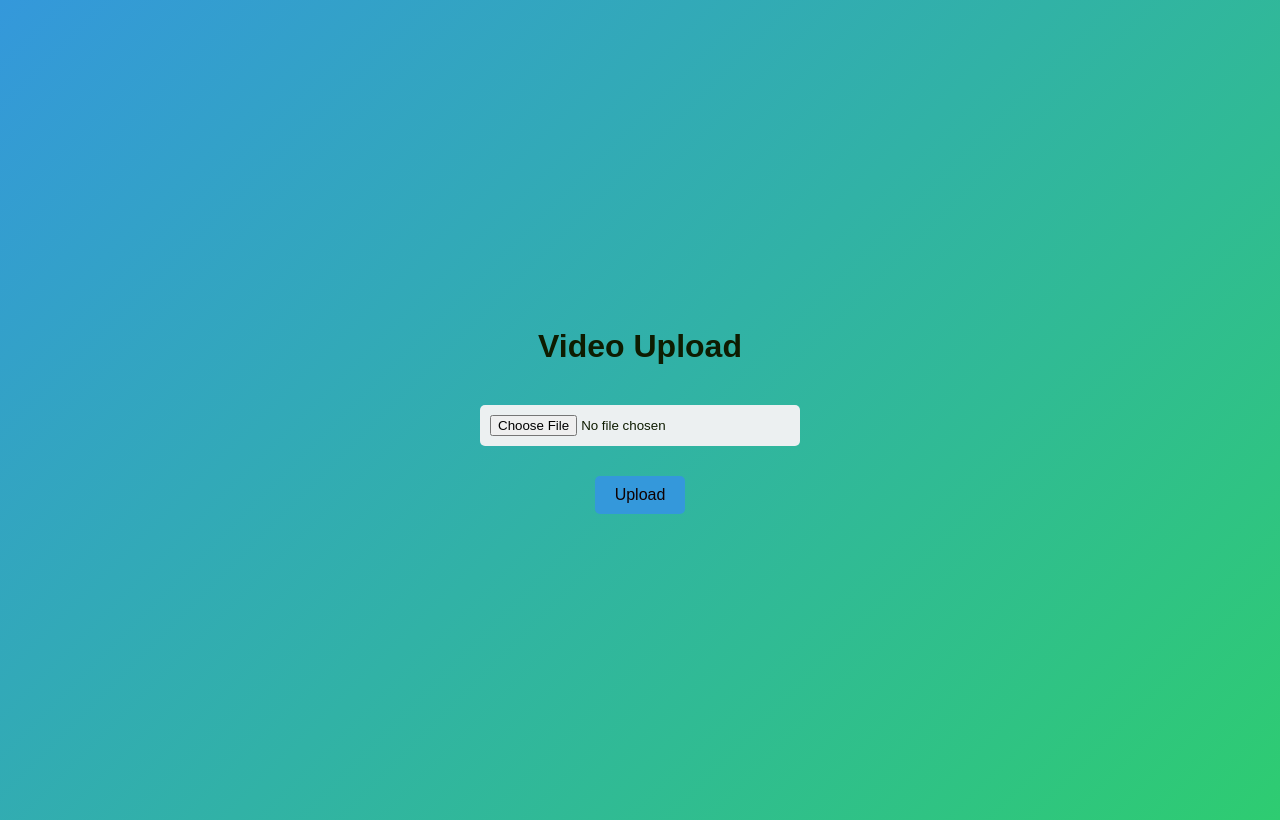
Repository: ChinmayaGit/No-parking-auto-challan-generator
Page: http://localhost/
An editor plug-in stored every save of this project. The page is shown before and after the next save, followed by the edit.
The browser window is 1280 px wide. The pictures show the whole page.
The page is served by the project's application, run on Flask 3 (app.py).

Above is the page before, as saved 2023-12-31 18:03:54.

After the next save:
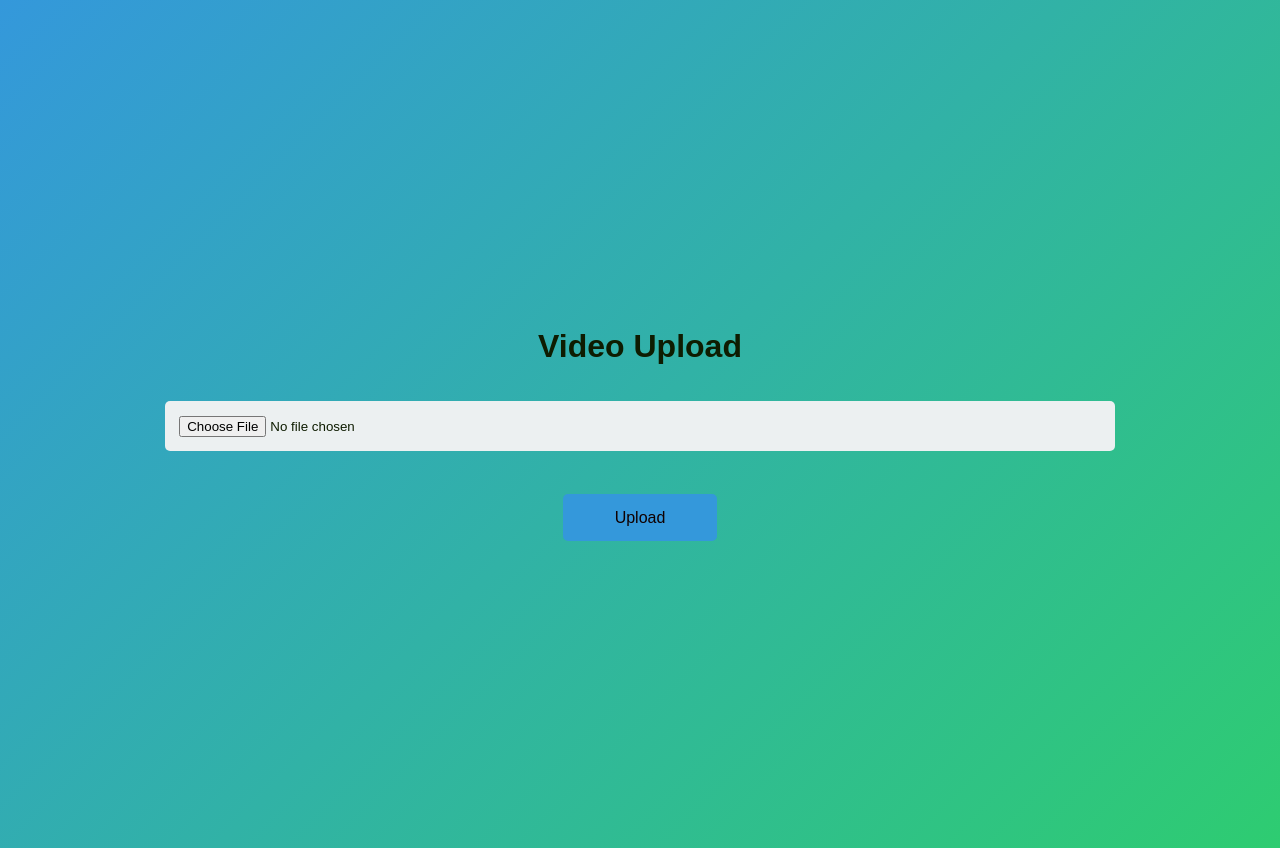
Saved 2 min 43 s later.
--- a/templates/index.html
+++ b/templates/index.html
@@ -14,7 +14,7 @@
         color: #0e1c01; /* White text */
         font-family: "Arial", sans-serif;
         text-align: center;
-        padding: 50px;
+        padding: 5vw; /* 5% of the viewport width for padding */
         display: flex;
         flex-direction: column;
         align-items: center;
@@ -24,28 +24,29 @@
       }
 
       h1 {
-        margin-bottom: 30px;
+        margin-bottom: 3vh; /* 3% of the viewport height for margin */
       }
 
       form {
         display: flex;
         flex-direction: column;
         align-items: center;
+        width: 100%; /* Full width for the form */
       }
 
       input[type="file"] {
-        margin: 10px 0;
-        padding: 10px;
+        margin: 2vh 0; /* 2% of the viewport height for margin */
+        padding: 2vh;
         border: none;
         background-color: #ecf0f1; /* Light gray background */
         border-radius: 5px;
-        width: 300px;
+        width: 80%; /* 80% of the width for the file input */
         outline: none;
       }
 
       input[type="submit"] {
-        margin-top: 20px;
-        padding: 10px 20px;
+        margin-top: 4vh; /* 4% of the viewport height for margin */
+        padding: 2vh 4vw; /* 2% of the viewport height for vertical padding and 4% of the viewport width for horizontal padding */
         border: none;
         background-color: #3498db; /* Blue button color */
         color: #100101;
@@ -60,7 +61,7 @@
       }
 
       .download-link {
-        margin-top: 20px;
+        margin-top: 4vh; /* 4% of the viewport height for margin */
         font-size: 18px;
       }
     </style>
